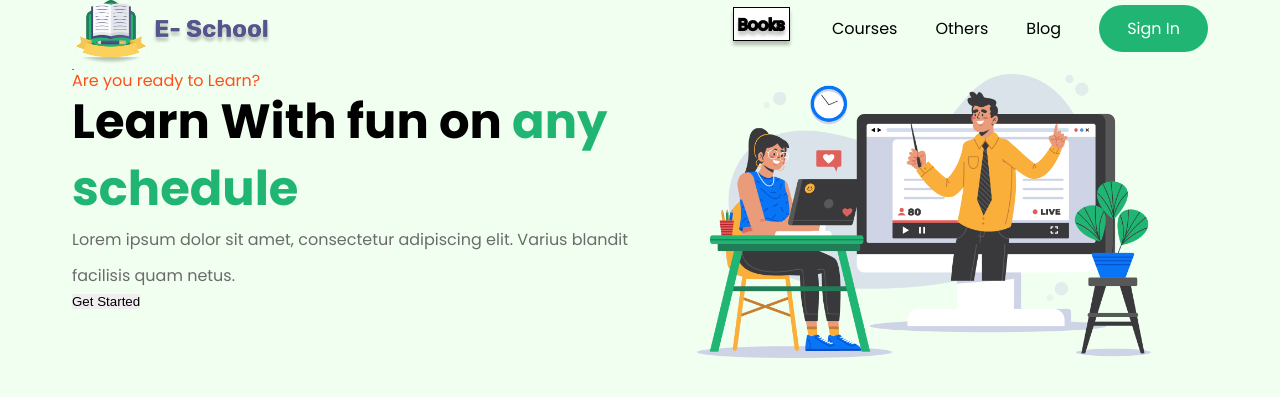
Repository: bijaythakur-code/E-school
Page: index.html
These files come from the project's save history. The page is drawn as it stood at one moment and after the next save; the edit follows.
The browser window is 1280 px wide. The pictures show the whole page.

Above is the page before, as saved 2022-05-11 15:30:15.
Console error: TypeError: Cannot set properties of null (setting 'textContent')

### index.html
<!DOCTYPE html>
<html lang="en">
  <head>
    <meta charset="UTF-8" />
    <meta http-equiv="X-UA-Compatible" content="IE=edge" />
    <meta name="viewport" content="width=device-width, initial-scale=1.0" />

    <link rel="preconnect" href="https://fonts.googleapis.com" />
    <link rel="preconnect" href="https://fonts.gstatic.com" crossorigin />
    <link
      href="https://fonts.googleapis.com/css2?family=Poppins:wght@400;500;700&family=Roboto&display=swap"
      rel="stylesheet"
    />

    <link rel="stylesheet" href="/css/general.css" />
    <link rel="stylesheet" href="/css/style.css" />
    <link rel="stylesheet" href="/css/queries.css" />
    <title>Starter Project</title>
  </head>
  <body>
    <header>
      <div class="container">
        <nav>
          <div class="logo">
            <a href="/">
              <img src="/img/logo.png" alt="E-school logo" />
            </a>
          </div>
          <ul class="main-nav">
            <li>
              <a href="/">
                <img src="/img/img-icon-books-nav.png" alt="E-school Books" />
              </a>
            </li>
            <li>
              <a class="nav-link" href="#">Courses</a>
            </li>
            <li>
              <a class="nav-link" href="#">Others</a>
            </li>
            <li>
              <a class="nav-link" href="#">Blog</a>
            </li>
            <li>
              <a class="sign-in nav-link" href="#">Sign In</a>
            </li>
          </ul>
        </nav>

        <!-- hero section -->
        .
        <div class="hero">
          <div class="hero-left">
            <p class="are-you-ready">Are you ready to Learn?</p>
            <h1>Learn With fun on <span class="h1-span">any schedule</span></h1>
            <p class="website-desc">
              Lorem ipsum dolor sit amet, consectetur adipiscing elit. Varius
              blandit facilisis quam netus.
            </p>
            <a href="#">
              <button class="btn-get-started">Get Started</button>
            </a>
          </div>
          <div class="hero-right">
            <img src="/img/image-hero.png" alt="E-school hero" />
        </div>
      </div>
    </header>
    <script src="js/script.js"></script>
  </body>
</html>

### css/general.css
/*
--- 01 TYPOGRAPHY SYSTEM

- Font sizes (px)


- Font weights
Default: 400
Medium: 500

Bold: 700


- Line heights
Default: 1
Small: 1.05
Medium: 1.2
Paragraph default: 1.6
Large: 1.8

- Letter spacing
-0.5px
0.75px

--- 02 COLORS

#000000 -- black
#21B573 -- primary
#FFFFFF -- white
#FD511A -- primary-shade-one
#413960 -- secondary
#585859 -- secondary-tint-one
#282531 -- footer background
#CDCDCD -- primary-tint-one

#F0FFF0 -- hero background

- Primary:
- Tints:


- Shades:


- Accents:
- Greys


--- 05 SHADOWS


--- 06 BORDER-RADIUS

Default: 9px
Medium: 11px

--- 07 WHITESPACE

- Spacing system (px)

*/

:root {
  /* COLORS VARIABLES */
  --primary-color: #21b573;
  --primary-shade-one: #fd511a;
  --primary-tint-one: #cdcdcd;

  --secondary-color: #413960;
  --secondary-tint-one: #585859;

  --hero-background: #f0fff0;
  --footer-background: #282531;

  --black-color: #000000;
  --white-color: #ffffff;
}

*,
*::after,
*::before {
  padding: 0;
  margin: 0;
  box-sizing: border-box;
}

html {
  /* font-size: 10px; */

  /* 10px / 16px = 0.625 = 62.5% */
  /* Percentage of user's browser font-size setting */
  font-size: 62.5%;

  /* Does NOT work on Safari */
  /* scroll-behavior: smooth; */
}

body {
  font-family: 'Poppins', sans-serif;
  line-height: 140%;
  font-weight: 400;
}

ul {
  list-style: none;
}

a {
  text-decoration: none;
}

img {
  max-width: 100%;
  height: auto;
}

button {
  border: none;
  outline: none;
  cursor: pointer;
}

/*=============== GENERAL REUSABLE CSS CLASSES ===============*/

.container {
  /* 1200px */
  max-width: 120rem;
  padding: 0 3.2rem;
  margin: 0 auto;
}

### css/style.css
/*=============== HEADER & NAV ===============*/

header {
  background-color: var(--hero-background);
  height: 100vh;
}
nav {
  display: flex;
  justify-content: space-between;
}

.main-nav {
  display: flex;
  justify-content: space-between;
  align-items: center;
  gap: 38px;
}

.logo {
  height: 60px;
  width: 200px;
}

.nav-link {
  font-family: 'Poppins', sans-serif;
  font-weight: 400;
  font-size: 16px;
  color: #000000;
}

.sign-in {
  color: #ffffff;
  padding: 12px 28px;
  width: 104px;
  height: 43px;
  background: #21b573;
  border-radius: 33px;
}

/* mobile menu */

/*=============== HERO SECTION ===============*/

.hero {
  display: flex;
}

.hero-left {
  width: 50%;
  display: flex;
  flex-direction: column;
}

.are-you-ready {
  font-family: 'Poppins', sans-serif;
  font-weight: 400;
  font-size: 16px;
  color: #fd511a;
}

h1 {
  font-family: 'Poppins', sans-serif;

  font-weight: 700;
  font-size: 48px;
  line-height: 140%;
  color: #000000;
}

.h1-span {
  color: #21b573;
}

.website-desc {
  font-family: 'Poppins', sans-serif;

  font-weight: 400;
  font-size: 16px;
  line-height: 225%;
  color: #6c6b6b;
}

.hero-right {
  width: 50%;
  display: flex;
  justify-content: center;
  align-items: center;
}

.hero-right img {
  width: 80%;
}

### css/queries.css
/* rem and em do NOT depend on html font-size in media queries! Instead, 1rem = 1em = 16px */

/**************************/
/* BELOW 1344px (Smaller desktops) */
/**************************/

@media (max-width: 84em) {
}

/**************************/
/* BELOW 1200px (Landscape Tablets) */
/**************************/

@media (max-width: 75em) {
  html {
    /* 9px / 16px  */
    font-size: 56.25%;
  }
}

/**************************/
/* BELOW 944px (Tablets) */
/**************************/

@media (max-width: 59em) {
  html {
    /* 8px / 16px = 0.5 = 50% */
    font-size: 50%;
  }
}

/**************************/
/* BELOW 704px (Smaller tablets) */
/**************************/

@media (max-width: 44em) {
}

/**************************/
/* BELOW 544px (Phones) */
/**************************/

@media (max-width: 34em) {
}

### js/script.js
///////////////////////////////////////////////////////////
// Set current year
const yearEl = document.querySelector('.year')
const currentYear = new Date().getFullYear()
yearEl.textContent = currentYear

///////////////////////////////////////////////////////////
// Make mobile navigation work

const btnNavEl = document.querySelector('.btn-mobile-nav')
const headerEl = document.querySelector('.nav-container')

btnNavEl.addEventListener('click', function () {
  headerEl.classList.toggle('nav-open')
})

///////////////////////////////////////////////////////////
// Smooth scrolling animation

const allLinks = document.querySelectorAll('a:link')

allLinks.forEach(function (link) {
  link.addEventListener('click', function (e) {
    e.preventDefault()
    const href = link.getAttribute('href')

    // Scroll back to top
    if (href === '#')
      window.scrollTo({
        top: 0,
        behavior: 'smooth',
      })

    // Scroll to other links
    if (href !== '#' && href.startsWith('#')) {
      const sectionEl = document.querySelector(href)
      sectionEl.scrollIntoView({ behavior: 'smooth' })
    }

    // Close mobile naviagtion
    if (link.classList.contains('nav-link'))
      headerEl.classList.toggle('nav-open')
  })
})

///////////////////////////////////////////////////////////
// Sticky navigation

const sectionHeroEl = document.querySelector('.hero')

const obs = new IntersectionObserver(
  function (entries) {
    const ent = entries[0]
    // console.log(ent)

    if (ent.isIntersecting === false) {
      document.body.classList.add('sticky')
    }

    if (ent.isIntersecting === true) {
      document.body.classList.remove('sticky')
    }
  },
  {
    // In the viewport
    root: null,
    threshold: 0,
    rootMargin: '-80px',
  }
)
obs.observe(sectionHeroEl)

After the next save:
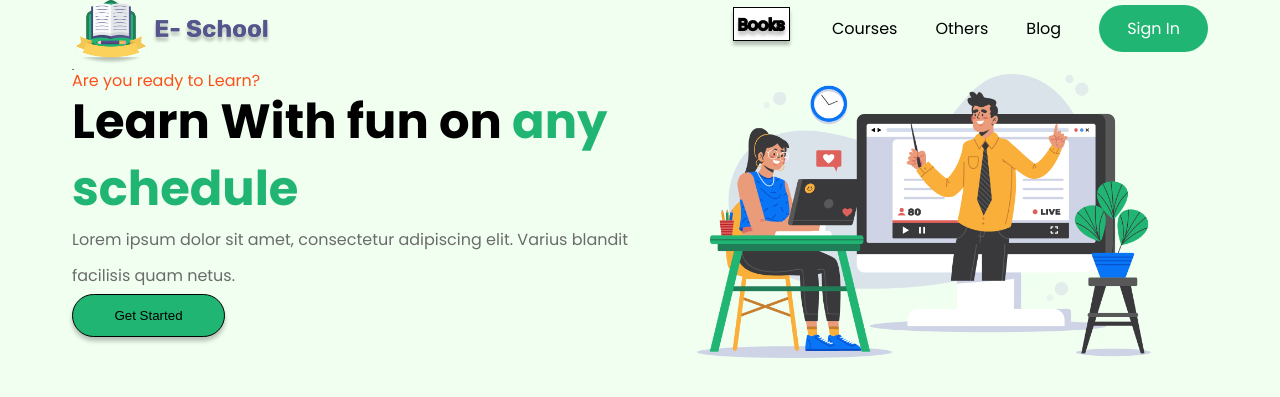
Saved 4 min 46 s later.
--- a/css/style.css
+++ b/css/style.css
@@ -80,6 +80,16 @@
   color: #6c6b6b;
 }
 
+.btn-get-started {
+  width: 153px;
+  height: 43px;
+  background: #21b573;
+  padding: 12px 36px;
+  border: 1px solid #000000;
+  box-shadow: 0px 4px 4px rgba(0, 0, 0, 0.25);
+  border-radius: 33px;
+}
+
 .hero-right {
   width: 50%;
   display: flex;
